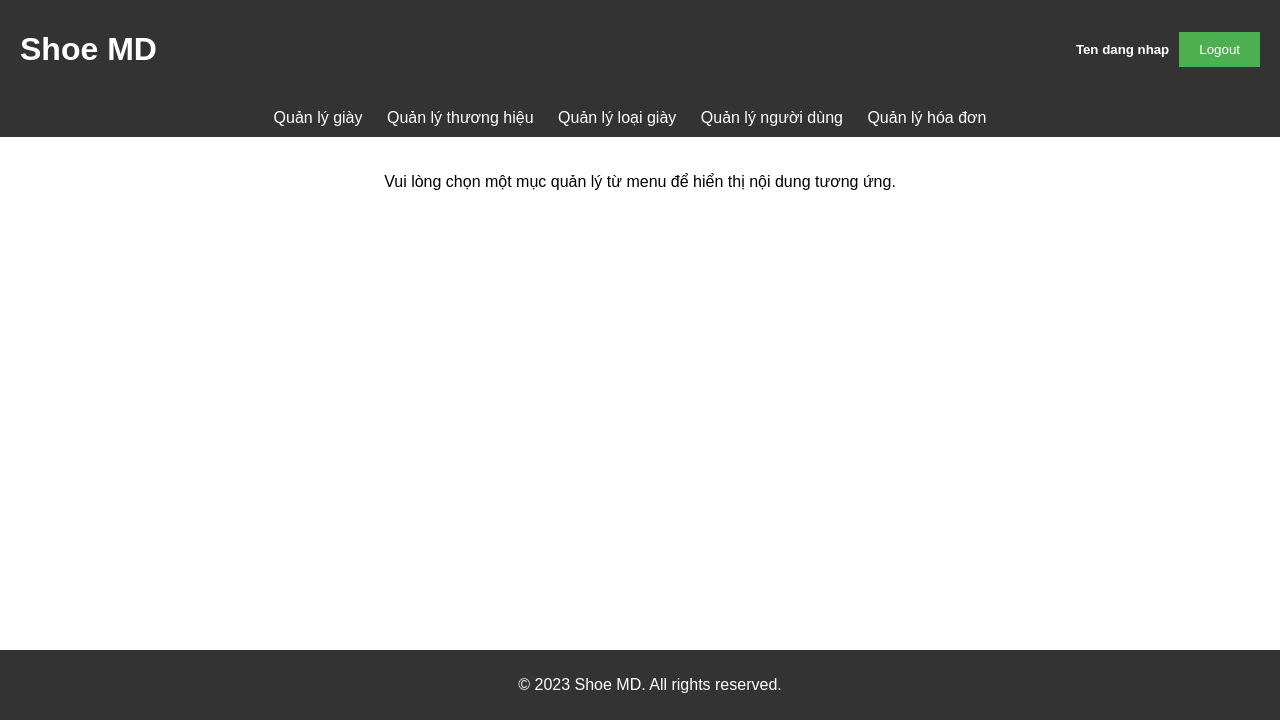
Repository: longsoisuaxe1a/shoe-md
Page: http://localhost/Project_Shoe/WEB-INF/view/admin-home-manager.jsp
The author's editor kept a copy of each file at every save. The page is drawn from the files as they stood at one save, then again after the next save.
The browser window is 1280 px wide. The pictures show the whole page.
The page is served by Tomcat 9. Nobody is signed in. The template is opened directly, without the code that normally fills it, so the values that code supplies are empty.

Above is the page before, as saved 2023-12-20 14:41:33.

After the next save:
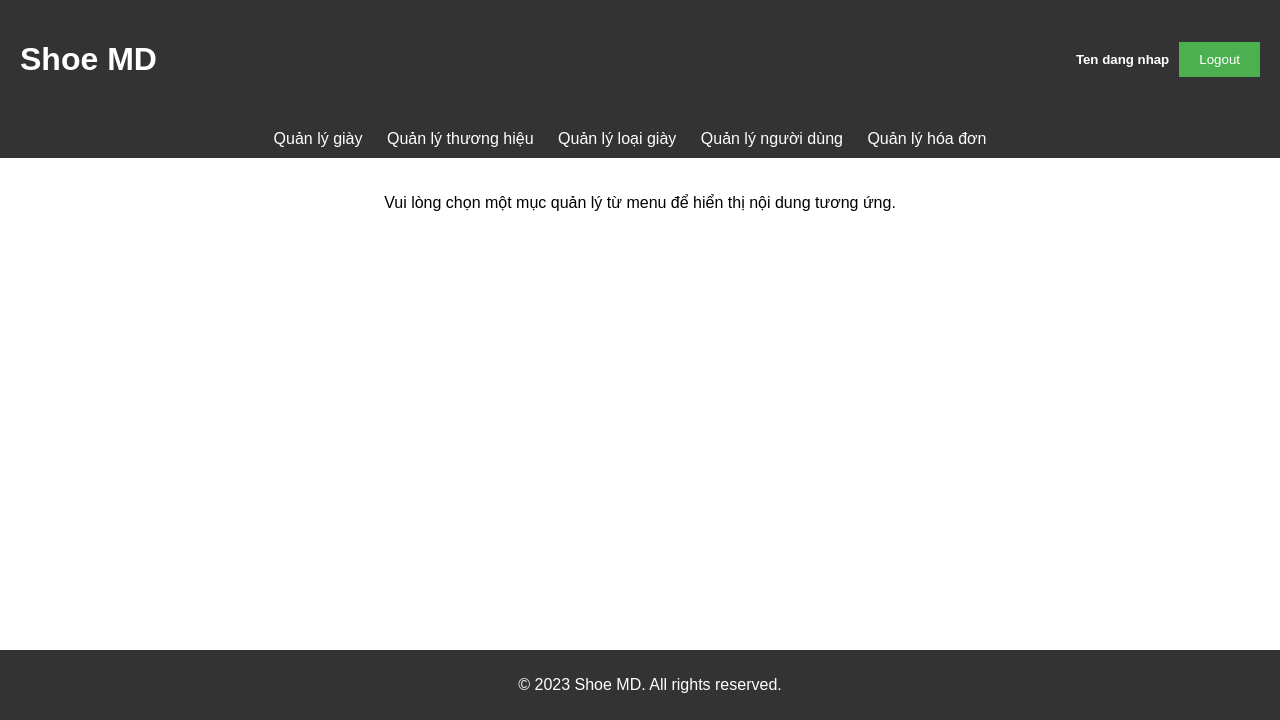
Saved 28 s later.
--- a/Project_Shoe/src/main/webapp/WEB-INF/view/admin-home-manager.jsp
+++ b/Project_Shoe/src/main/webapp/WEB-INF/view/admin-home-manager.jsp
@@ -71,10 +71,6 @@ body {
     align-items: center;
 }
 
-.tenShop {
-    margin: 0;
-    text-align: center; /* Center the text within the element */
-}
 
 .tenDangNhap {
     display: flex;
@@ -108,7 +104,7 @@ button:hover {
 </head>
 <body>
 	<div class="header">
-		<h1 class="tenShop">Shoe MD</h1>
+		<h1>Shoe MD</h1>
 		<div class="tenDangNhap">
             <h5>Ten dang nhap</h5>
             <button>Logout</button>
